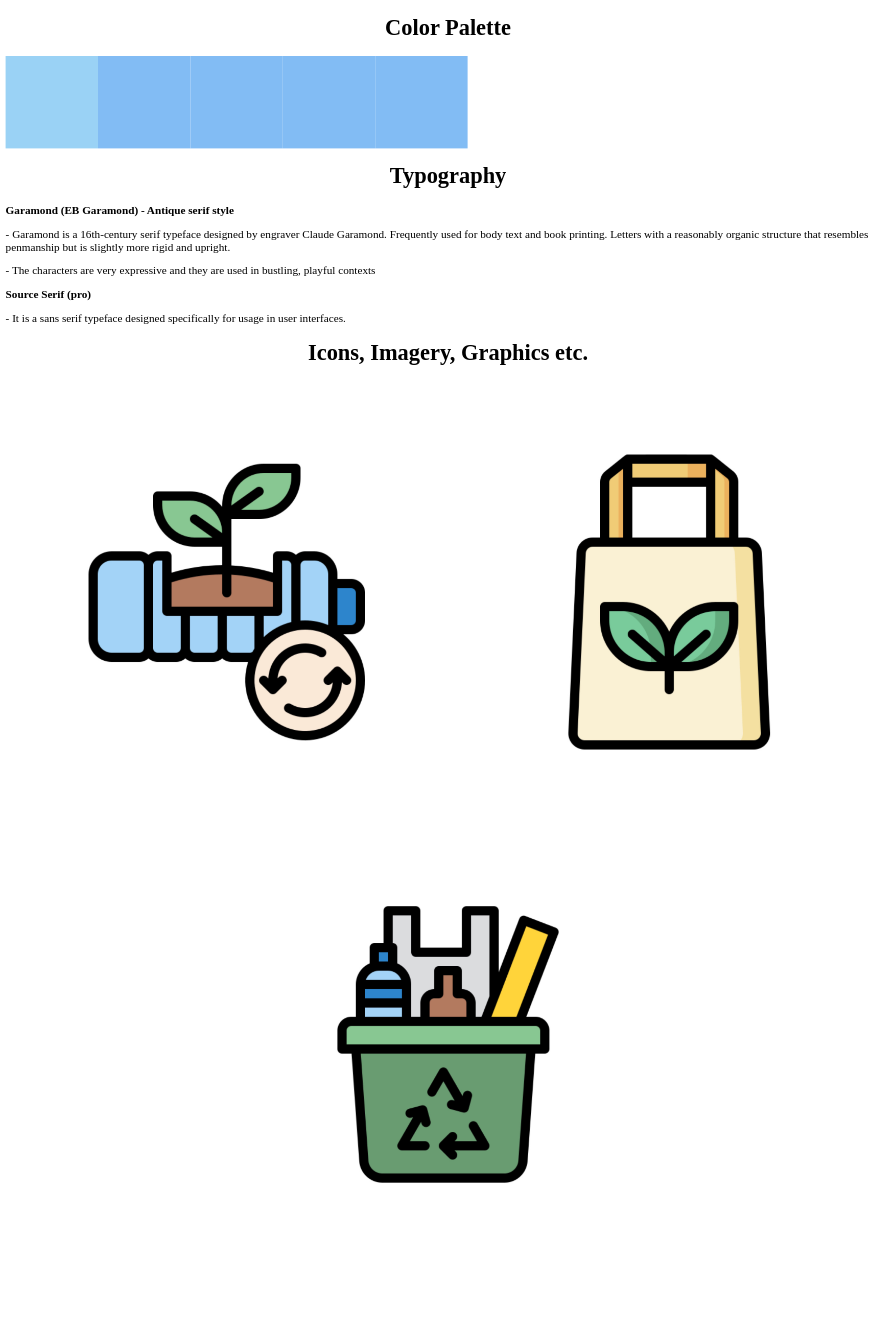
Repository: Pureum309/style_guide
Page: colorpaletteTypo.html
An editor plug-in stored every save of this project. The page is shown before and after the next save, followed by the edit.
The browser window is 1280 px wide. The pictures show the part of the page from y = 0 to 1920 px (the page is 5624 px tall before and 6692 px after), at 70% of full size.

Above is the page before, as saved 2022-03-03 22:45:02.

After the next save:
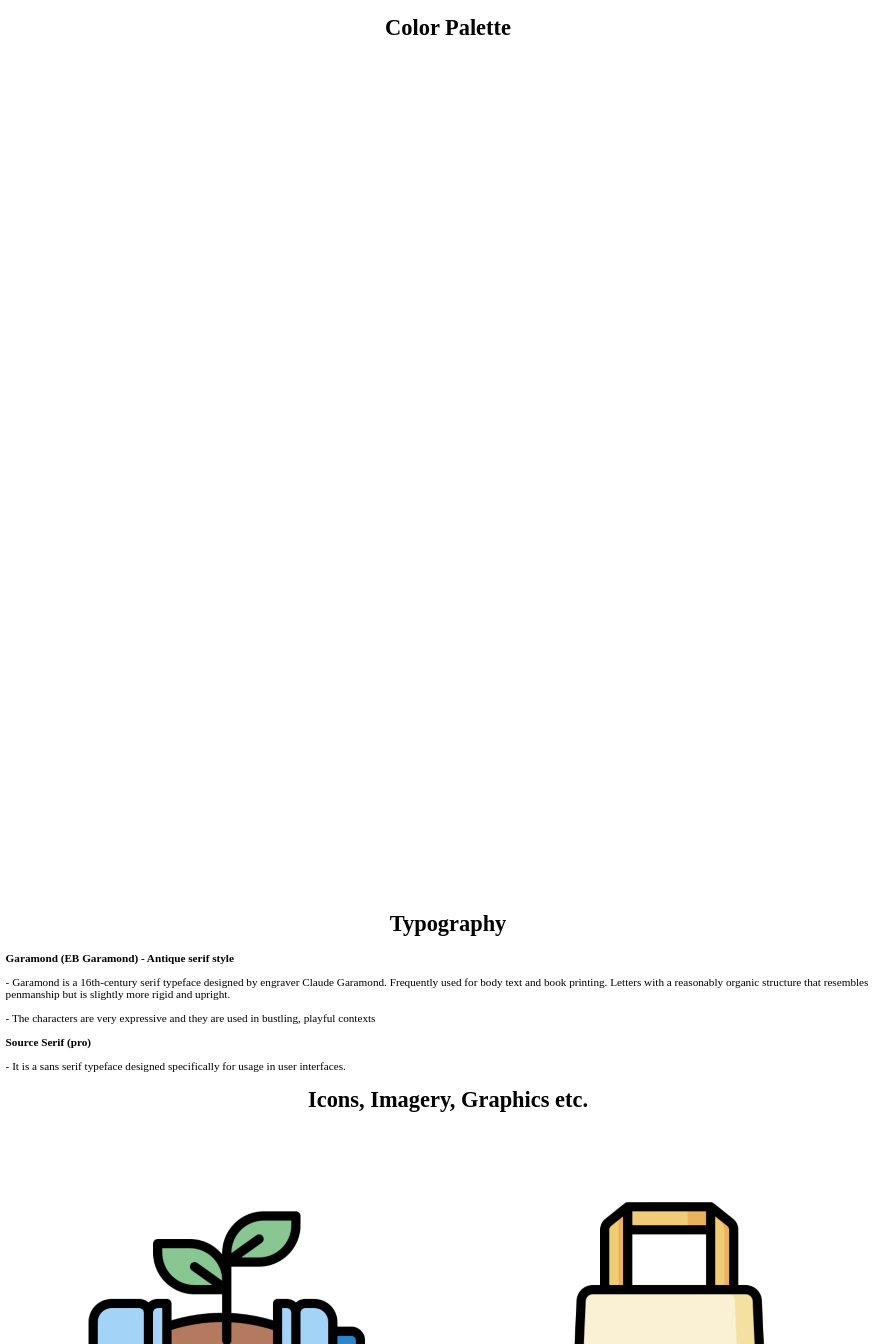
Saved 6 min 5 s later.
--- a/main.css
+++ b/main.css
@@ -1,52 +1,38 @@
+div.color_pallete{
+    display: grid;
+    grid-template-columns: 18em auto auto;
+    grid-gap: 1em;
+    justify-content: center;
+    margin: 8em;
+    margin-top: 5em;
 
-.color {
-    width: 100px;
-    height: 100px;
-    background: #549DE3;
-    text-align: center;
-    display: table-cell;
-    padding: 1em;
-    vertical-align: middle;
+}
+div.color {
+    width: 15em;;
+    height: 15em;;
 }
 
-.color {
-    width: 100px;
-    height: 100px;
+div.color:first-child() {
+
     background: #82BCF4;
-    text-align: center;
-    display: table-cell;
-    padding: 1em;
-    vertical-align: middle;
+
 }
 
-div.color:first-child {
-    width: 100px;
-    height: 100px;
+div.color:nth-child() {
+
     background: #9AD2F5;
-    text-align: center;
-    display: table-cell;
-    padding: 1em;
-    vertical-align: middle;
+
 }
 
 div.color:nth-child() {
     background: #16314B;
-    text-align: center;
-    color: #FFFFFF;
-    display: table-cell;
-    padding: 1em;
-    vertical-align: middle;
+
 }
 
 div.color:nth-child() {
-    width: 100px;
-    height: 100px;
+
     background: #FFFFFF;
-    border: 2px solid #82BCF4;
-    text-align: center;
-    display: table-cell;
-    padding: 1em;
-    vertical-align: middle;
+
 }
 
 img {
